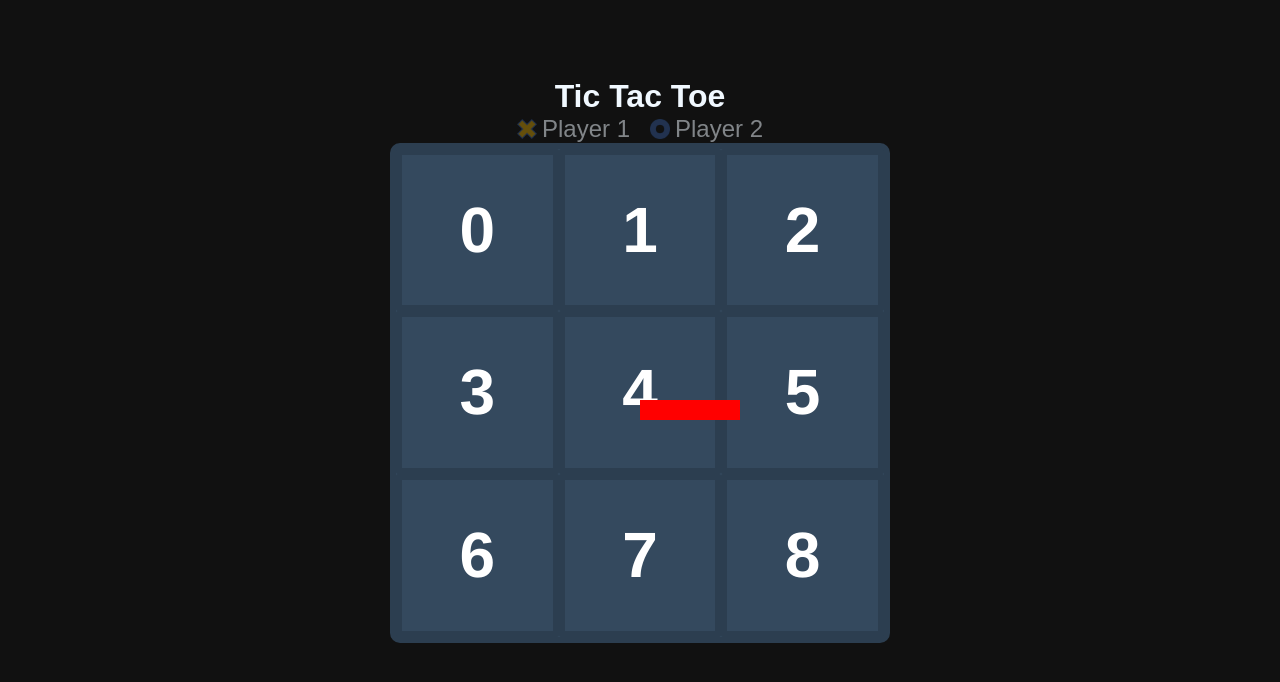
Repository: richardlieknis/tictactoe
Page: index.html
An editor plug-in stored every save of this project. The page is shown before and after the next save, followed by the edit.
The browser window is 1280 px wide. The pictures show the whole page.

Above is the page before, as saved 2022-12-08 14:27:34.

### index.html
<!DOCTYPE html>
<html lang="en">

<head>
    <meta charset="UTF-8" />
    <meta http-equiv="X-UA-Compatible" content="IE=edge" />
    <meta name="viewport" content="width=device-width, initial-scale=1.0" />
    <title>TicTacToe</title>
    <link rel="stylesheet" href="css/style.css" />
    <link rel="stylesheet" href="css/mobile.css" />

    <script src="main.js"></script>
</head>

<body>
    <div class="maincontainer">
        <h1>Tic Tac Toe</h1>
        <div class="players">
            <div id="player1" class="inactive">
                <img src="src/img/cross.png" /> Player 1
            </div>
            <div id="player2" class="inactive">
                <img src="src/img/circle.png" /> Player 2
            </div>
        </div>
        <div class="gameField">
            <div class="box" id="0" onclick="playerPlace(0)">0</div>
            <div class="box" id="1" onclick="playerPlace(1)">1</div>
            <div class="box" id="2" onclick="playerPlace(2)">2</div>
            <div class="box" id="3" onclick="playerPlace(3)">3</div>
            <div class="box" id="4" onclick="playerPlace(4)">4</div>
            <div class="box" id="5" onclick="playerPlace(5)">5</div>
            <div class="box" id="6" onclick="playerPlace(6)">6</div>
            <div class="box" id="7" onclick="playerPlace(7)">7</div>
            <div class="box" id="8" onclick="playerPlace(8)">8</div>
        </div>
        <div class="lines">
            <div class="line"></div>
            <div class="line"></div>
            <div class="line"></div>
            <div class="line"></div>
            <div class="line"></div>
            <div class="line"></div>
            <div class="line"></div>
            <div class="line"></div>
        </div>
    </div>
</body>

</html>

### css/style.css
* {
    margin: 0;
    padding: 0;
    box-sizing: border-box;
}

body {
    font-family: sans-serif;
    color: aliceblue;
    background-color: #111;
}

.players {
    display: flex;
    align-items: center;
    justify-content: center;
    gap: 20px;
}

#player1,
#player2 {
    display: flex;
    align-items: center;
    gap: 5px;
    font-size: 24px;
}

.inactive {
    opacity: 0.5;
}

.players img {
    width: 20px;
}

.maincontainer {
    display: flex;
    justify-content: center;
    align-items: center;
    flex-direction: column;
    height: 100vh;
}

.gameField {
    width: 500px;
    height: 500px;
    margin: 0 auto;
    background-color: #34495e;
    color: #fff;
    border: 6px solid #2c3e50;
    border-radius: 10px;
    display: grid;
    grid-template: repeat(3, 1fr) / repeat(3, 1fr);
}

.box {
    border: 6px solid #2c3e50;
    border-radius: 2px;
    font-family: Helvetica;
    font-weight: bold;
    font-size: 4em;
    display: flex;
    justify-content: center;
    align-items: center;
    cursor: pointer;
}

.box:hover {
    background-color: #416080;
}

.line {
    position: absolute;
    background-color: #f00;
    width: 100px;
    height: 20px;
    margin-bottom: 1px;
    top: 400px;
}

### main.js
const circle = document.getElementById('circle');
const cross = document.getElementById('cross');
const gameover = document.getElementById('gameover');

let fields = [0, 1, 2, 3, 4, 5, 6, 7, 8];
let currentPlayer = 'cross';
let win = false;

let winFields = [
    [0, 1, 2],
    [3, 4, 5],
    [6, 7, 8],
    [0, 3, 6],
    [1, 4, 7],
    [2, 5, 8],
    [0, 4, 8],
    [2, 4, 6]
]

function playerPlace(id) {
    let fieldHtml = document.getElementById(id);
    if (fields[id] < 9 && !win) {
        if (currentPlayer === 'circle') {
            fields[id] = 'circle';
            fieldHtml.innerHTML = `<img src="src/img/circle.png">`;
            checkWin();
            currentPlayer = 'cross';
            document.getElementById('player1').classList.remove('inactive');
            document.getElementById('player2').classList.add('inactive');
        } else if (currentPlayer === 'cross') {
            fields[id] = 'cross';
            fieldHtml.innerHTML = `<img src="src/img/cross.png">`;
            checkWin();
            currentPlayer = 'circle';
            document.getElementById('player2').classList.remove('inactive');
            document.getElementById('player1').classList.add('inactive');
        }
    }
}

function checkWin() {
    for (let i = 0; i < winFields.length; i++) {
        if (fields[winFields[i][0]] === fields[winFields[i][1]] &&
            fields[winFields[i][1]] === fields[winFields[i][2]]) {
            console.log("GEWONNEN:", currentPlayer);
            win = true;
        }
    }

}

function resetGame() {
    win = false;
    for (let i = 0; i < 9; i++) {
        let fieldHtml = document.getElementById(i);
        fields = [0, 1, 2, 3, 4, 5, 6, 7, 8];
        fieldHtml.innerHTML = "";
    }
}

Loaded but not shown: css/mobile.css (no stored copy; drawn as an empty file)

After the next save:
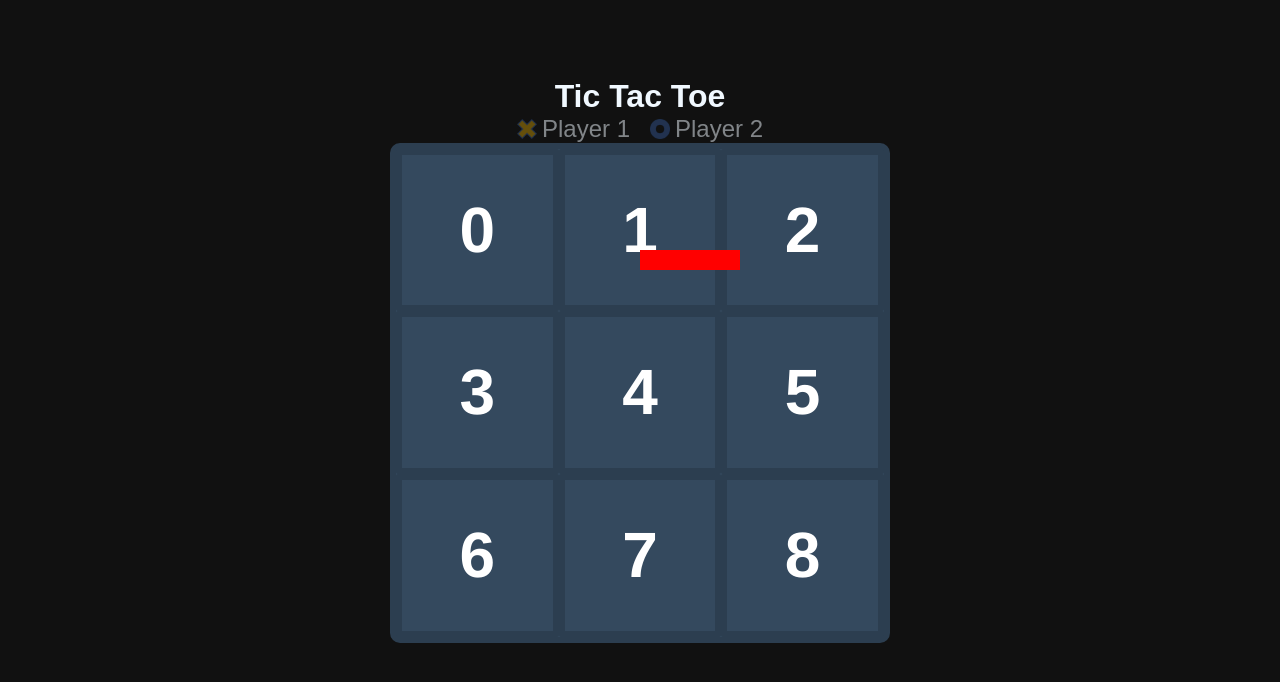
Saved 6 s later.
--- a/css/style.css
+++ b/css/style.css
@@ -75,5 +75,5 @@
     width: 100px;
     height: 20px;
     margin-bottom: 1px;
-    top: 400px;
+    top: 250px;
 }
